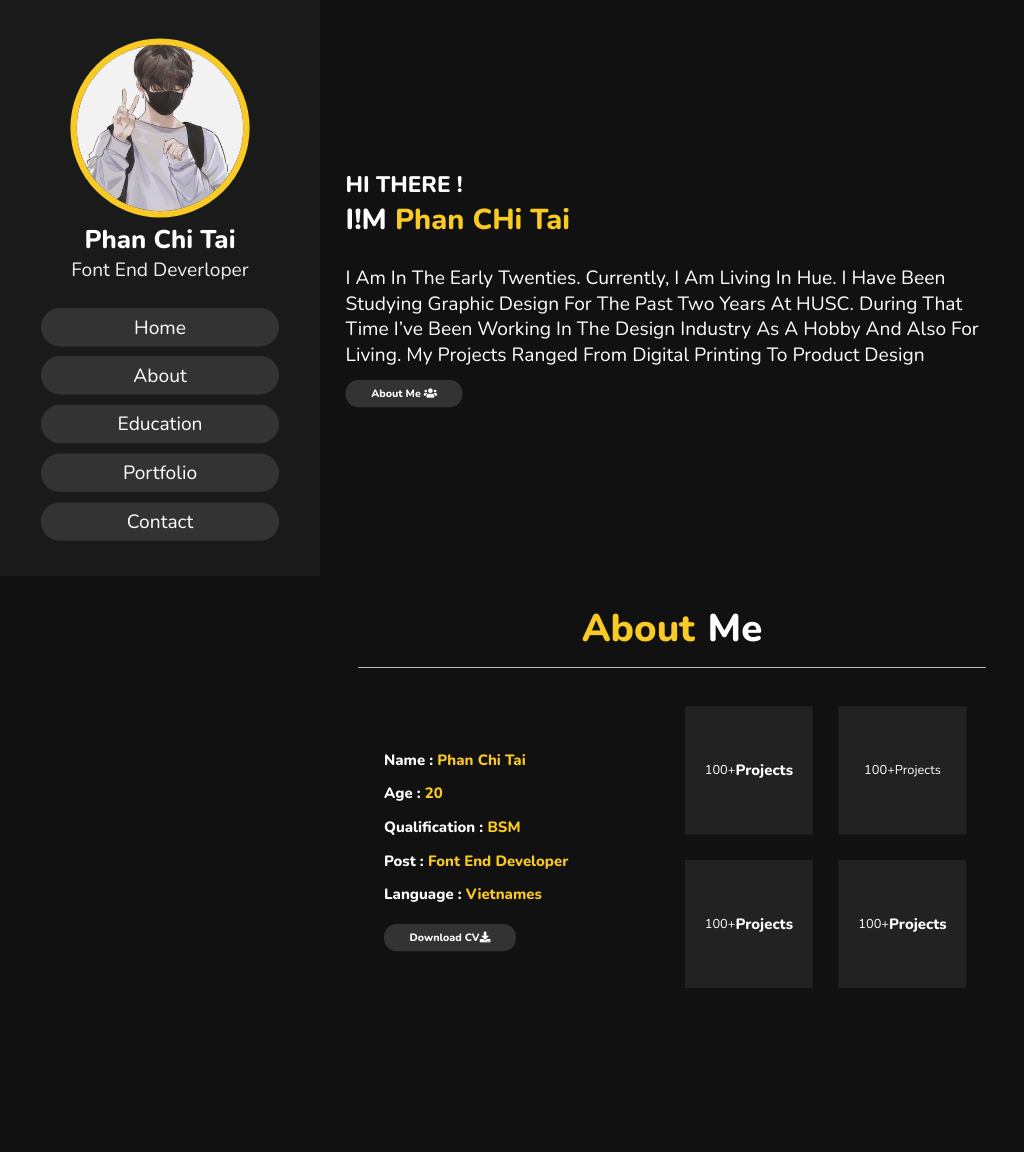
Repository: PCTai/My-profile
Page: index.html
These files come from the project's save history. The page is drawn as it stood at one moment and after the next save; the edit follows.
The browser window is 1280 px wide. The pictures show the whole page, at 80% of full size.

Above is the page before, as saved 2021-11-25 21:41:31.

### index.html
<!DOCTYPE html>
<html lang="en">
<head>
    <meta charset="UTF-8">
    <meta http-equiv="X-UA-Compatible" content="IE=edge">
    <meta name="viewport" content="width=device-width, initial-scale=1.0">
    <link rel="preconnect" href="https://fonts.googleapis.com">
    <link rel="preconnect" href="https://fonts.gstatic.com" crossorigin>
    <link href="https://fonts.googleapis.com/css2?family=Nunito:ital,wght@0,400;0,600;0,800;1,200;1,300&display=swap" rel="stylesheet">
    <link rel="stylesheet" href="/assets/font/fontawesome-free-5.15.3-web/css/all.css">

    <link rel="stylesheet" href="/assets/css/style.css">
    <link rel="stylesheet" href="/assets/css/reponsive.css">
    <title>Document</title>
</head>
<body>
    <!-- Header start -->
    <header>
        <div class="user">
            <img src="/assets/imgs/user.jpg" alt="">
            <h3 class="name">Phan Chi Tai</h3>
            <div class="post">Font End Deverloper</div>
        </div>
        <div class="navbar">
            <ul>
                <li><a href="#home">home</a></li>
                <li><a href="#about">About</a></li>
                <li><a href="#education">Education</a></li>
                <li><a href="#portfolio">Portfolio</a></li>
                <li><a href="#contact">Contact</a></li>
            </ul>
        </div>
    </header>
    <!-- Header end -->
    <div id="menu"class="fas fa-bars">
    </div>
    <!-- start home -->
    <section id="home" class="home">

        <h3>HI THERE !</h3>
        <h1>I!M <span>Phan CHi Tai</span></h1>
        <p>I am in the early twenties. Currently, I am living in Hue. I have been studying graphic design for the past two years at  HUSC. During that time I’ve been working in the design industry as a hobby and also for living. My projects ranged from digital printing to product design</p>
        <a href="#about"> <button class="btn">About me <i class="fas fa-users"></i></button></a>


    </section>
    <!-- end home -->
    <!-- start about -->
    <section id="about" class="about">
        <div class="heading"><h1><span>About</span>Me</h1></div>
        <div class="row">
            <div class="info">
                <h3>Name : <span>Phan Chi Tai</span></h3>
                <h3>Age : <span>20</span></h3>
                <h3>Qualification : <span>BSM</span></h3>
                <h3>Post : <span>Font End Developer</span></h3>
                <h3>Language : <span>Vietnames</span></h3>
                <a href="#about"> <button class="btn">Download CV<i class="fas fa-download"></i></button></a>
            </div>
            <div class="counter">
                <div class="box">
                    <span>100+</span>
                    <br>
                    <h3>projects</h3>
                </div>
                <div class="box">
                    <span>100+</span>
                    <br>
                    <p>projects</p>
                </div>
                <div class="box">
                    <span>100+</span>
                    <br>
                    <h3>projects</h3>
                </div>
                <div class="box">
                    <span>100+</span>
                    <br>
                    <h3>projects</h3>
                </div>
            </div>
        </div>
    </section>
    <!-- end about -->
    <script src="/app.js"></script>
</body>
</html>

### assets/css/style.css
:root{
    --yellow: #f9ca24;
}
*{
    font-family: 'Nunito', sans-serif;
    margin: 0;padding: 0;
    box-sizing: border-box;
    text-decoration: none;
    outline: none;border: none;
    text-transform: capitalize;
    transition: all .2s linear;
}
html{
    font-size: 62,5%;
    overflow: hidden;
}
::selection{
    background-color: var(--yellow);
    color: #333;

}
html::-webkit-scrollbar{
    width: 2rem;
}
html::-webkit-scrollbar-track{
    background-color: #333;
}
html::-webkit-scrollbar-thumb{
    background-color: var(--yellow);
}
body{
    padding-left: 25rem;
    background: #111;
}
header{
    position: fixed;
    top: 0;
    left: 0;
    z-index: 1000;
    height: 100%;
    display: flex;
    flex-direction: column;
    justify-content: center;
    align-items: center;
    width: 25rem;
    background-color: #1a1a1a;
}

.user img{
    margin-top: 2rem;
    height: 14rem;
    width: 14rem;
    border-radius: 50%;
    object-fit: cover;
    border: 0.5rem solid var(--yellow);

}
header .user .name{
    text-align: center;
    font-size: 2rem;
    color: #fff;
}
header .user .post{
    text-align: center;
    font-size: 1.5rem;
    color: #eee;
}
header .navbar ul{
    margin-top: 1rem;
    list-style: none;
    padding: 1rem 3rem;
}
header .navbar ul li a:hover{
    background-color: var(--yellow);
}
header .navbar ul li a{
    display: block;
    padding: 0.5rem 6rem;
   margin-bottom: 0.8rem;
   background-color: #333;
   color: #fff;
   font-size: 1.5rem;
   border-radius: 5rem;
   text-align: center;
   cursor: pointer;
}
#menu:hover{
    color: var(--yellow);
}


#menu{
    position: fixed;
    z-index: 1000;
    top: 1rem;
    right: 1rem;
    color: #fff;
    padding: 1rem;
    background-color: #222;
    font-size: 2rem;
    cursor: pointer;
}
section{
    min-height: 100vh;
    padding: 1rem;
}
/* home */
.home{
    font-size: 1.5rem;
    color: #fff;
    display: flex;
    flex-direction: column;
    padding: 0 2rem;
    justify-content: center;
}
.btn:hover{
    background-color: var(--yellow);
    cursor: pointer;
}
.btn{
    padding: 0.5rem 2rem;
    border-radius: 1rem;
    margin-top: 1rem;
    font-weight: bold;
    background-color: #333;
    color: #fff;
}
.home span{
    color: var(--yellow);
    margin-bottom: 2rem;

}
.home h1{
    margin-bottom: 2rem;

}
/* about */
.about{
    color: #fff;
    margin: 0 2rem;
}
.heading{
    font-size: 2rem;
    text-align: center;
    padding: 1rem;
    border-bottom: 0.1rem solid #eee;

}
.heading span{
    color: var(--yellow);
    padding-right: 1rem;
}
.info{
    flex: 1 1 48%;
    padding: 1rem;
    padding-left: 2rem;

}
.info span{
    color: var(--yellow);
}
.info h3{
    padding: 0.5rem 0;
}
.row{
    margin-top: 2rem;
    display: flex;
    justify-content: center;
    align-items: center;
    flex-wrap: wrap;

}
.counter{
    flex:1 1 50%;
    width: 50%;
    justify-content: center;
    display: flex;
    flex-wrap: wrap;

}
.box{
    background-color: #222;
    width: 10rem;
    text-align: center;
    margin: 1rem;
    display: flex;
    align-items: center;
    justify-content: center;
    height: 10rem;
}

### assets/css/reponsive.css

@media (min-width:1024px){
    #menu{
        display: none;
    }
}
@media (max-width:1024px){
    header{
        left: -125%;
    }
    body{
        padding: 0 2rem;
    }
    #menu{
        display: block;
    }

}
@media (max-width:486px){
    header{
        width: 100vw;
    }
   .info,.counter{
        width: 100%;
   }

}
@media (max-width:939px){
    .row{
        flex-direction: column;
    }
    .info,.counter{
        width: 100%;
   }

}

### app.js

var menu=document.getElementById('menu');
var header=document.querySelector('header');
menu.onclick=function(e){
    if(this.className=='fas fa-bars'){
        this.classList.remove('fa-bars');
        this.classList.add('fa-times');
        header.style='left:0%';
    }
    else{
        this.classList.remove('fa-times');
        this.classList.add('fa-bars');
        header.style='left:-125%';
    }
};

Loaded but not shown: assets/font/fontawesome-free-5.15.3-web/css/all.css (library)

After the next save:
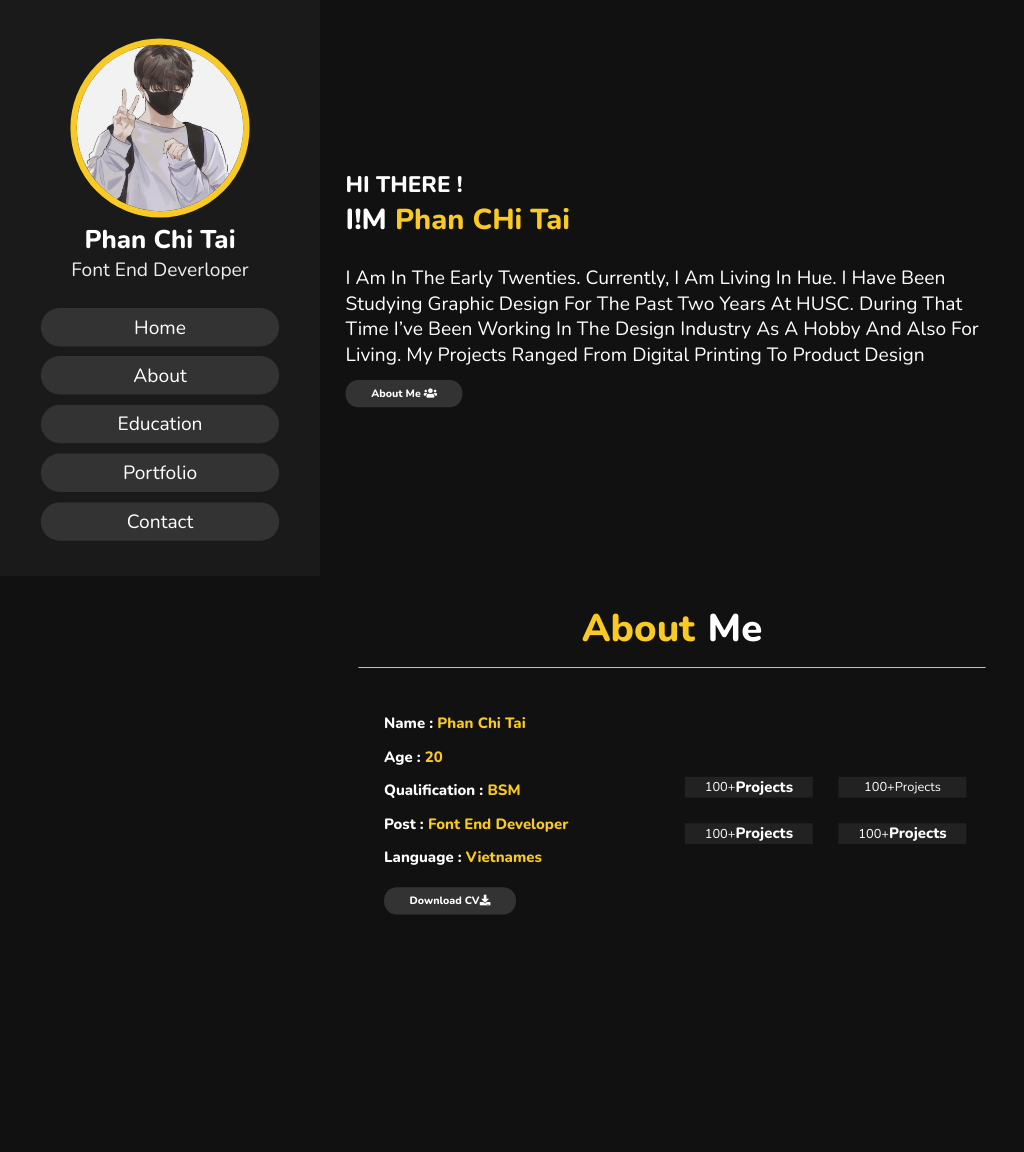
Saved 34 s later.
--- a/assets/css/style.css
+++ b/assets/css/style.css
@@ -180,11 +180,11 @@ section{
 }
 .box{
     background-color: #222;
-    width: 10rem;
+    width: 40%;
     text-align: center;
     margin: 1rem;
     display: flex;
     align-items: center;
     justify-content: center;
-    height: 10rem;
+
 }
